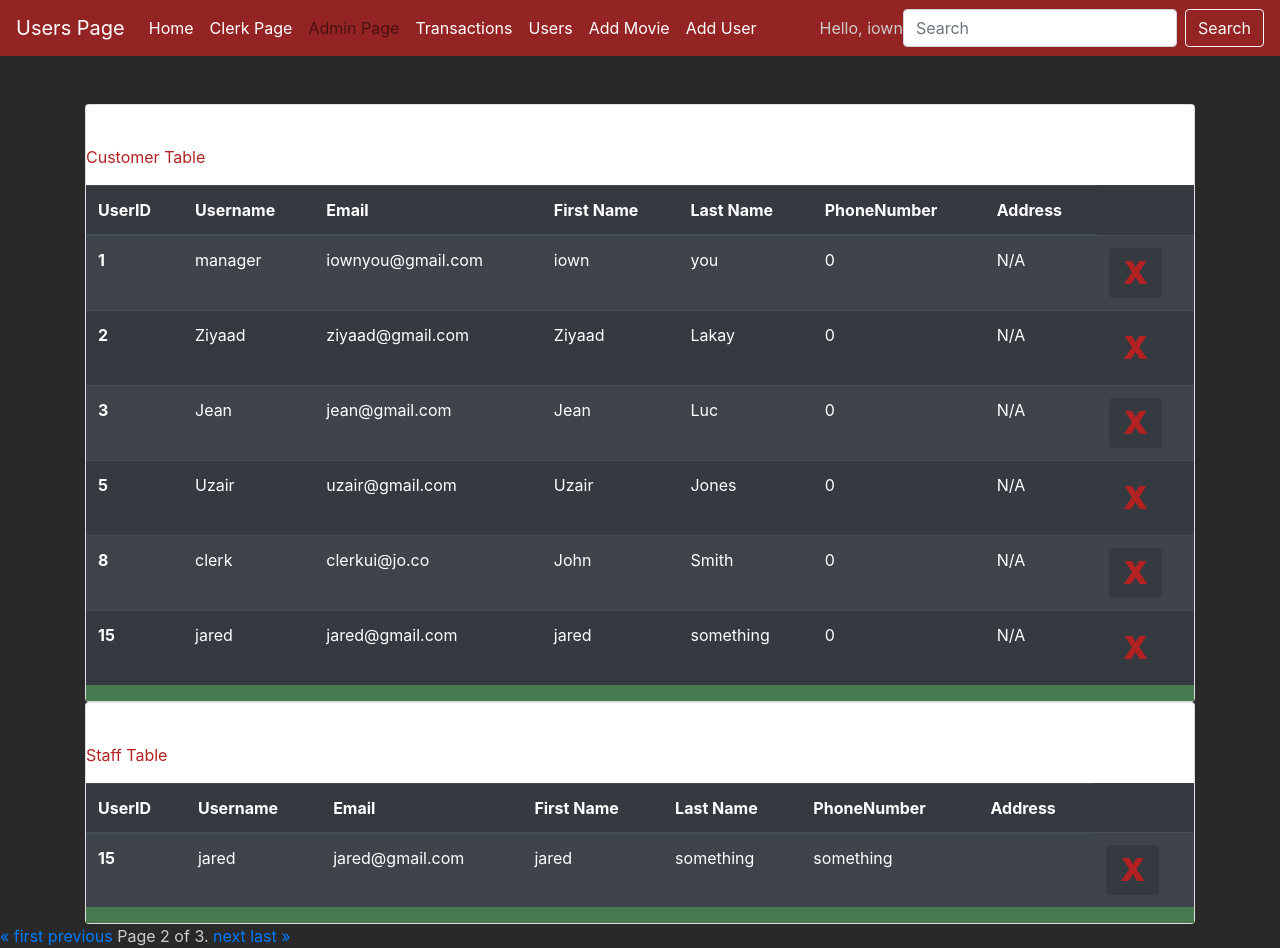
Repository: jeanluciradukunda/csc312.group.project
Page: http://localhost/userstbl/?page=2
An editor plug-in stored every save of this project. The page is shown before and after the next save, followed by the edit.
The browser window is 1280 px wide. The pictures show the whole page.
The page is served by the project's application, run on Django 2.2 (dvdstore/manage.py). The first stored user is signed in. The page reads the database file committed with the project.

Above is the page before, as saved 2019-09-14 17:06:12.

After the next save:
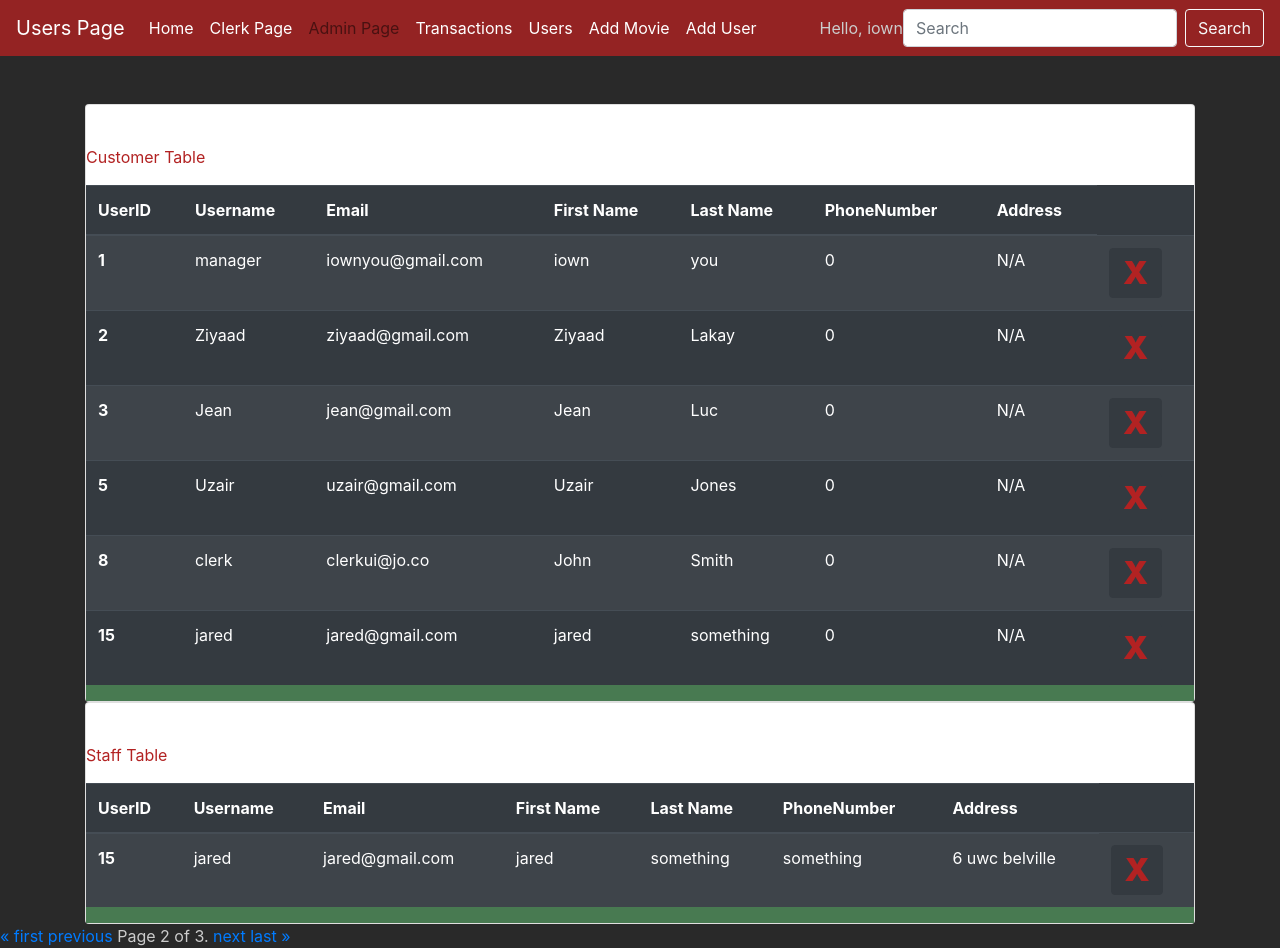
Saved 4 s later.
--- a/dvdstore/templates/userstbl.html
+++ b/dvdstore/templates/userstbl.html
@@ -155,7 +155,7 @@
                                   <td>{{use.first_name}}</td>
                                   <td>{{use.last_name}}</td>
                                   <td>{{use.last_name}}</td>
-                                  <td>{{use.addr}}</td>
+                                  <td>{{use.address}}</td>
                                   {% if user.is_superuser %}
 
                                   <td>
